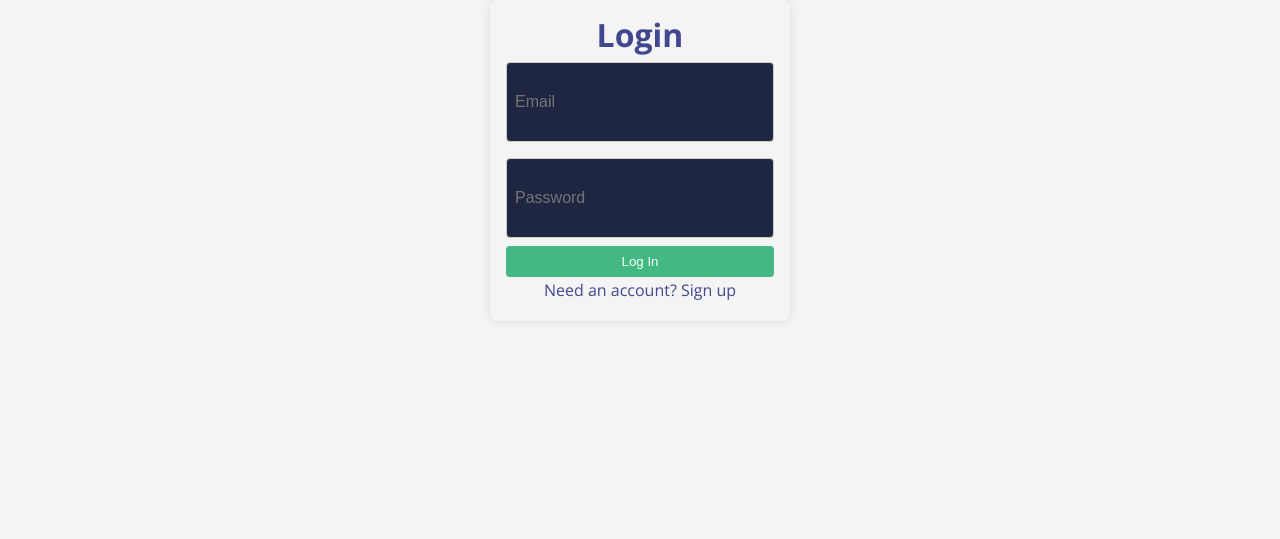
Repository: XiuwenZ/finder
Page: /login (app in frontend/)
The author's editor kept a copy of each file at every save. The page is drawn from the files as they stood at one save, then again after the next save.
The browser window is 1280 px wide. The pictures show the whole page.
The project was rebuilt for these pictures with package versions that can differ from the ones it lists, and the page was loaded fresh each time. Also part of the build but not shown: frontend/vite.config.js, frontend/src/components/Navbar.jsx, frontend/src/components/Header.jsx, frontend/src/components/RegisteredEvent.jsx, frontend/src/components/EventFilter.jsx, frontend/src/components/MoreEvents.jsx, frontend/src/components/Footer.css, frontend/src/components/ContactForm.jsx and 5 more.

Above is the page before, as saved 2024-02-03 20:38:59.

After the next save:
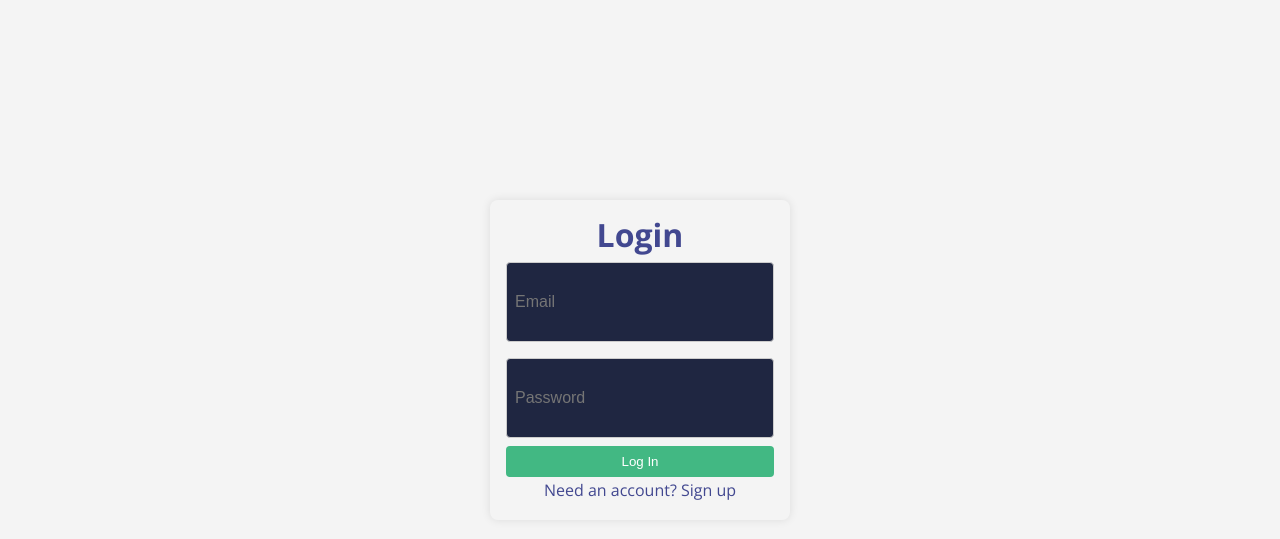
Saved 58 s later.
--- a/frontend/src/components/Login.jsx
+++ b/frontend/src/components/Login.jsx
@@ -1,6 +1,6 @@
 import React, { useState } from 'react';
 import { Link } from 'react-router-dom'; // Assuming you're using react-router for navigation
-import './Login.css'
+import './Login.css';
 
 const Login = () => {
   const [email, setEmail] = useState('');
@@ -9,30 +9,32 @@ const Login = () => {
   const handleLogin = (event) => {
     event.preventDefault();
     // Handle login logic here
-    console.log("Login with:", email, password);
+    console.log('Login with:', email, password);
   };
 
   return (
-    <div className="auth-container">
-      <h2>Login</h2>
-      <form onSubmit={handleLogin}>
-        <input
-          type="email"
-          value={email}
-          onChange={e => setEmail(e.target.value)}
-          placeholder="Email"
-          required
-        />
-        <input
-          type="password"
-          value={password}
-          onChange={e => setPassword(e.target.value)}
-          placeholder="Password"
-          required
-        />
-        <button type="submit">Log In</button>
-      </form>
-      <Link to="/signup">Need an account? Sign up</Link>
+    <div className="wrap-container">
+      <div className="auth-container">
+        <h2>Login</h2>
+        <form onSubmit={handleLogin}>
+          <input
+            type="email"
+            value={email}
+            onChange={(e) => setEmail(e.target.value)}
+            placeholder="Email"
+            required
+          />
+          <input
+            type="password"
+            value={password}
+            onChange={(e) => setPassword(e.target.value)}
+            placeholder="Password"
+            required
+          />
+          <button type="submit">Log In</button>
+        </form>
+        <Link to="/signup">Need an account? Sign up</Link>
+      </div>
     </div>
   );
 };
